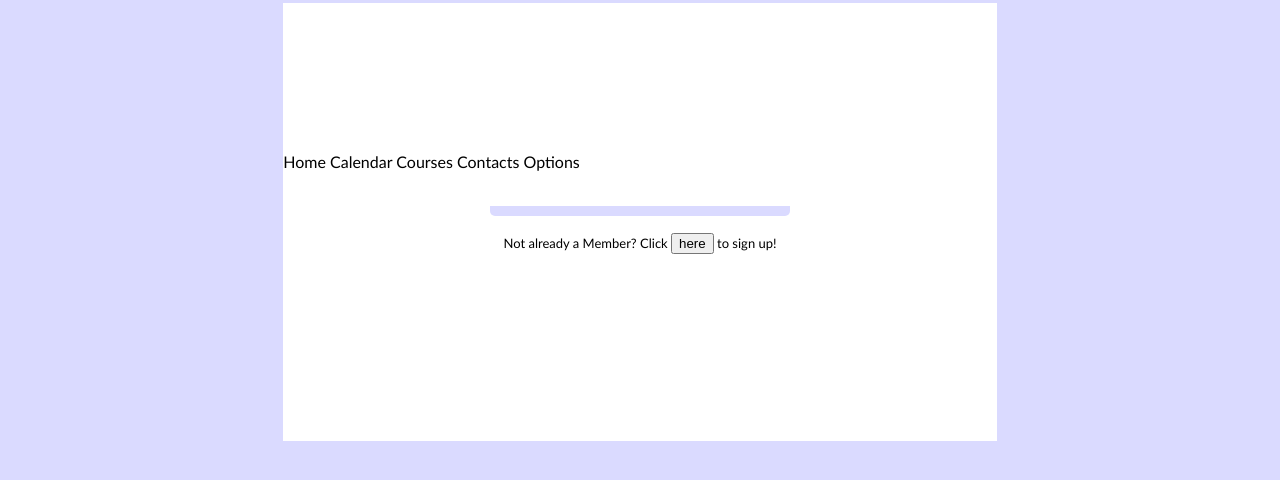
Repository: hreneeg/SPS
Page: http://localhost/userAccount.php
The author's editor kept a record of every edit. The page is drawn from the files as they stood at one moment, then again after the next edit.
The browser window is 1280 px wide. The pictures show the whole page.
The page is run by PHP 8.4 with error messages shown; the project is at /var/www/html/.

Above is the page before.

After the next edit:
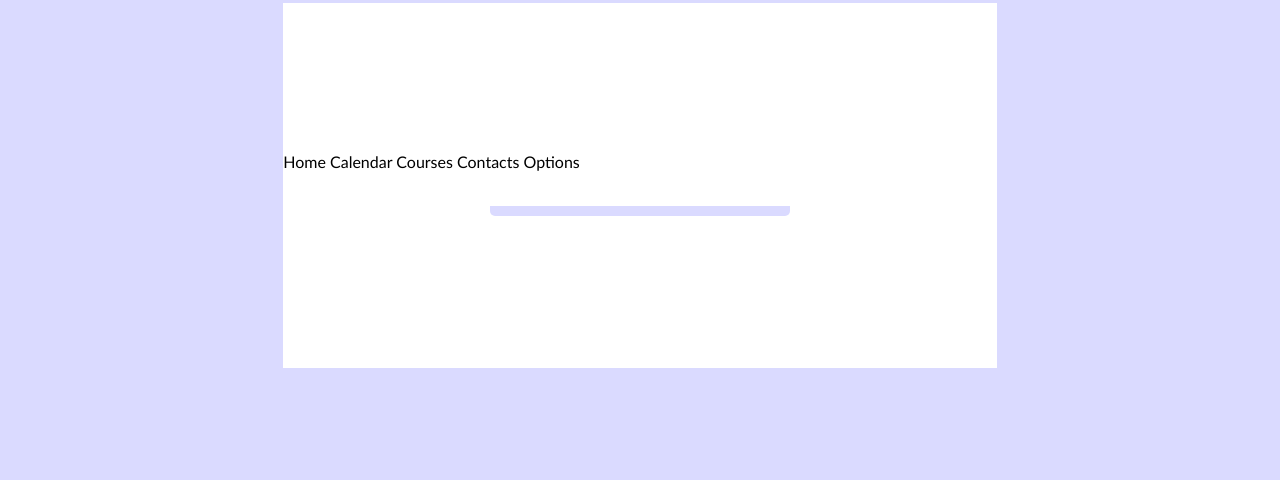
The edit:
--- a/userAccount.php
+++ b/userAccount.php
@@ -52,9 +52,6 @@
         <table width="300" border="0" align="center" cellpadding="0" cellspacing="1" bgcolor="#CCCCCC">
 
         </table>
-
-    <p><font size="2"><center> Not already a Member? Click <button id ="Register">here</button> to sign up!</font></center></p>
-<br>
 <br>
 <br>
 <br>
